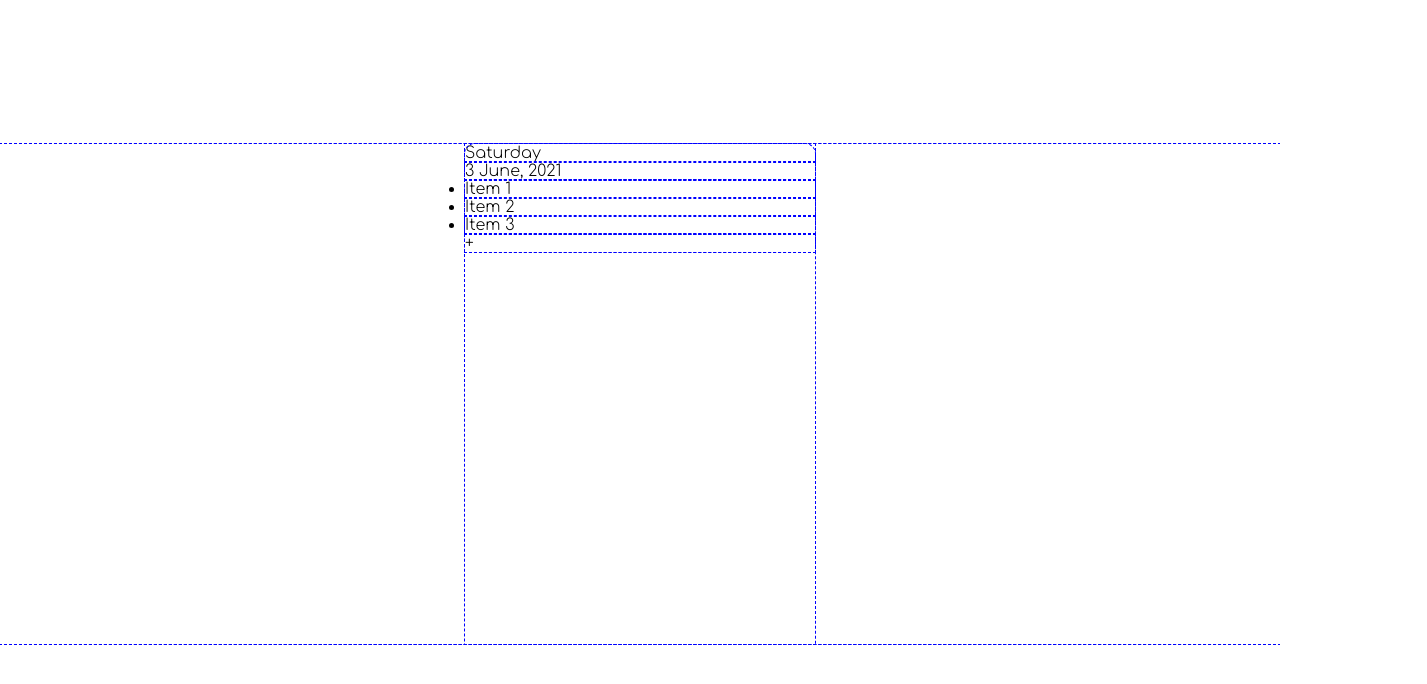
Repository: Colo-Codes/mini-projects
Page: todo-app/index.html
These files come from the project's save history. The page is drawn as it stood at one moment and after the next save; the edit follows.
The browser window is 1280 px wide. The page is 1280 px wide, then 1427 px, then 1280 px, so the pictures cover 1427 px, including what lies to the right of the window. The pictures show the whole page.

Above is the page before, as saved 2021-07-04 11:04:39.

After the next save:
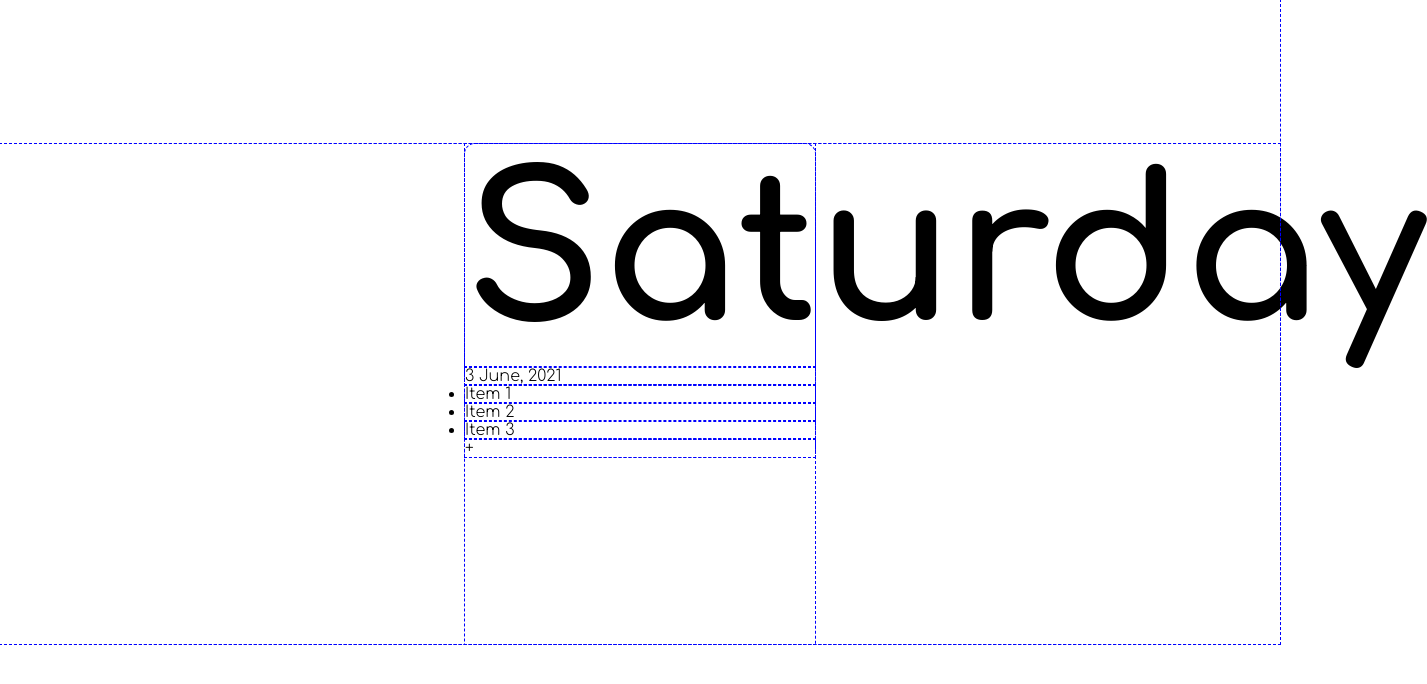
Saved 7 s later.
--- a/todo-app/css/index.css
+++ b/todo-app/css/index.css
@@ -28,7 +28,7 @@
     border-radius: 10px 10px 0 0;
 }
 
-.todo--header header {
+header {
     /* font-size: 2.25rem; */
     font-size: 200px;
     font-weight: 700;

After the save that followed:
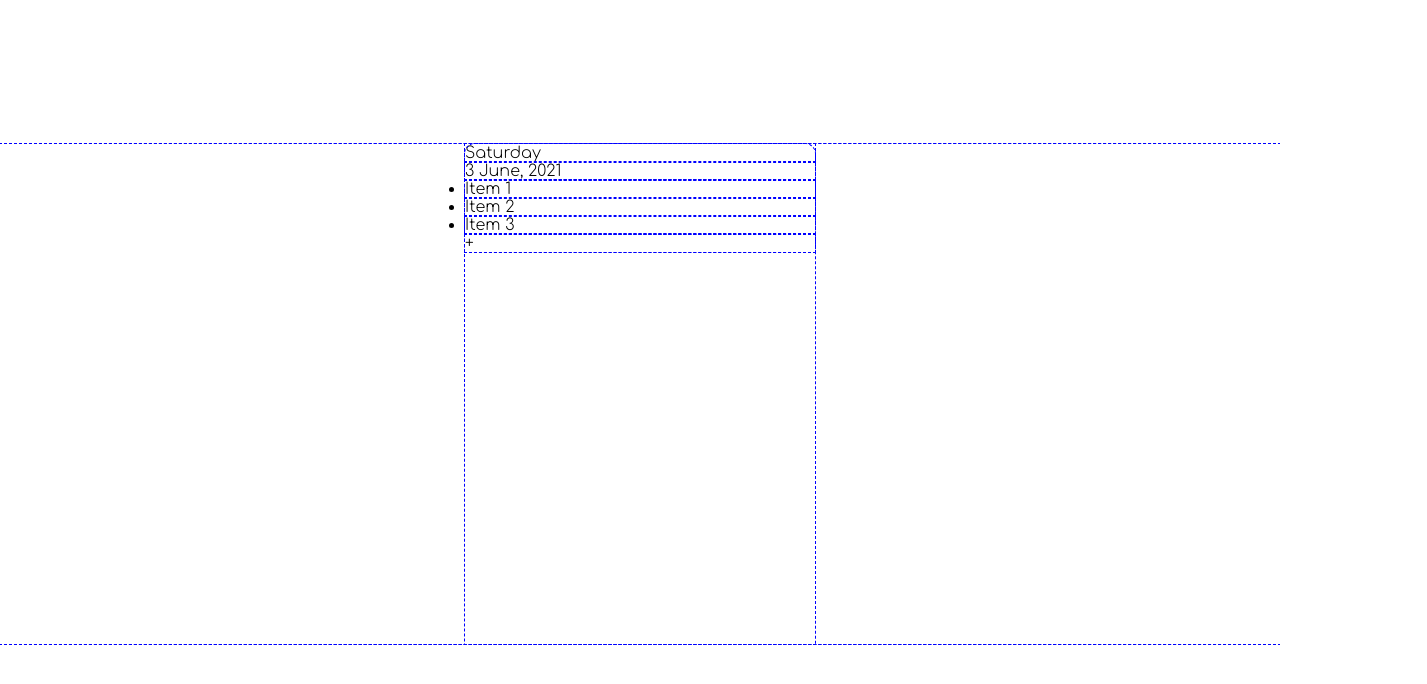
Saved 8 s later.
--- a/todo-app/css/index.css
+++ b/todo-app/css/index.css
@@ -28,7 +28,7 @@
     border-radius: 10px 10px 0 0;
 }
 
-header {
+.todo--header > header {
     /* font-size: 2.25rem; */
     font-size: 200px;
     font-weight: 700;
